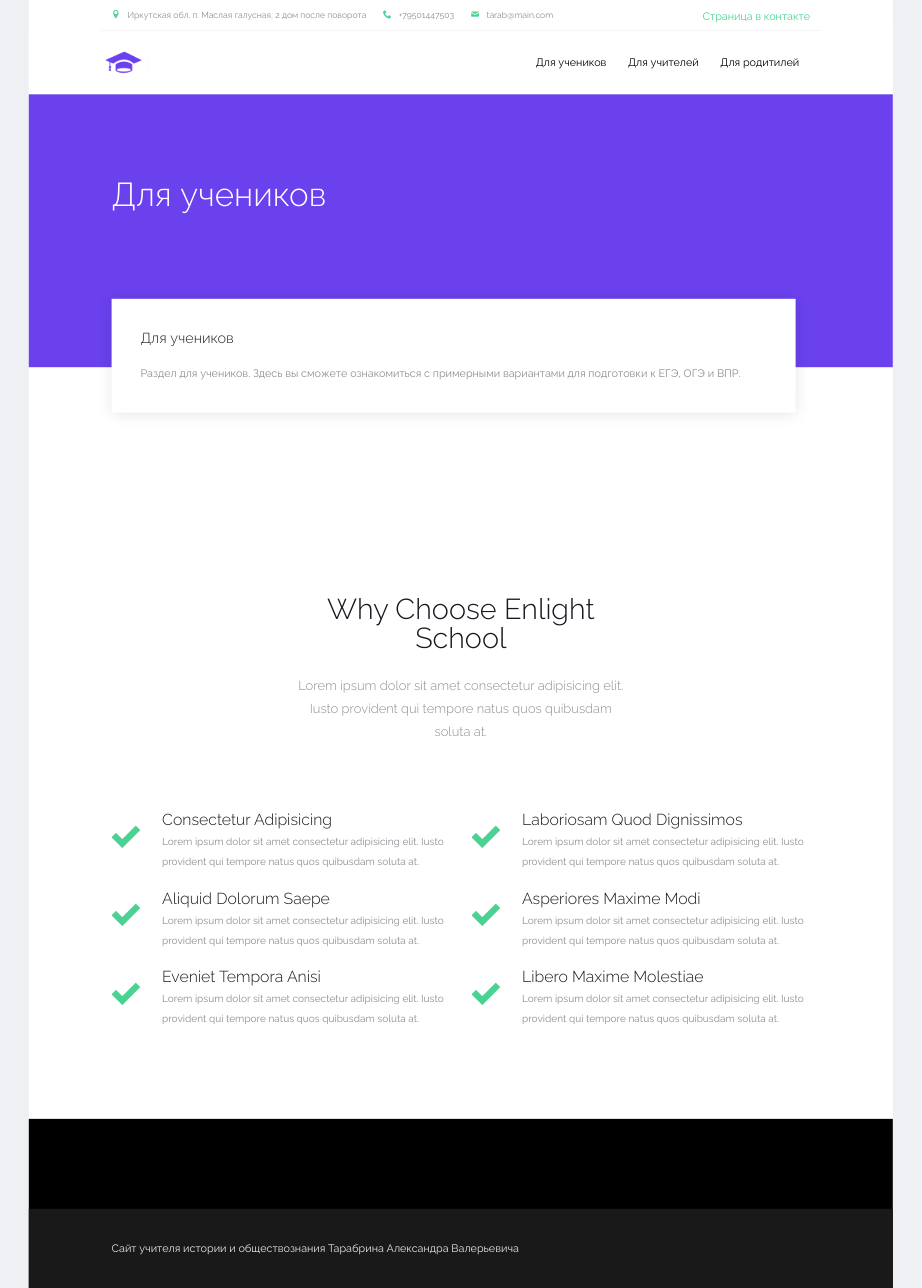
Repository: tarabrin-aleksander/tarabrin-aleksander
Page: pupil.html
An editor plug-in stored every save of this project. The page is shown before and after the next save, followed by the edit.
The browser window is 1280 px wide. The pictures show the whole page, at 72% of full size.

Above is the page before, as saved 2020-01-24 14:50:17.

After the next save:
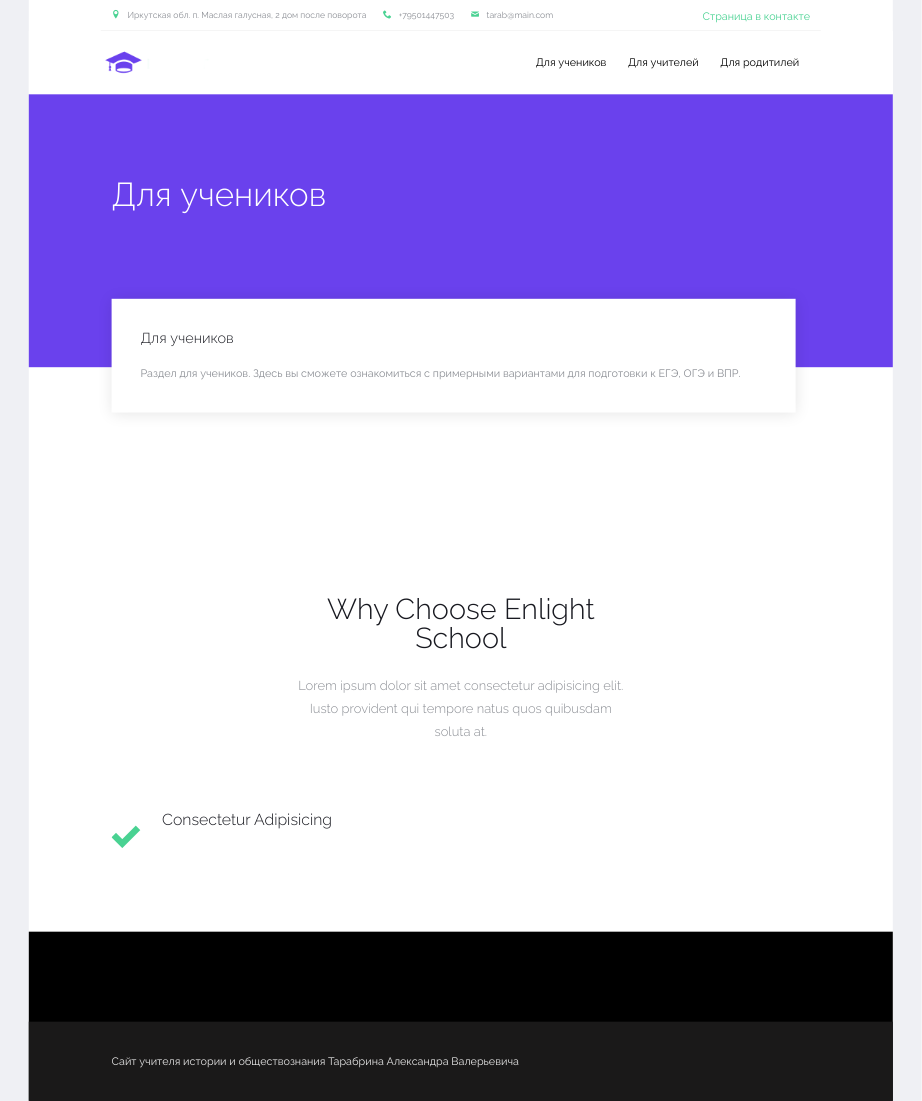
Saved 83 s later.
--- a/pupil.html
+++ b/pupil.html
@@ -98,52 +98,15 @@
           </div>
           <div class="row">
             <div class="col-md-6">
-              <div class="service left-icon probootstrap-animate">
+              <a class="service left-icon probootstrap-animate">
                 <div class="icon"><i class="icon-checkmark"></i></div>
                 <div class="text">
                   <h3>Consectetur Adipisicing</h3>
-                  <p>Lorem ipsum dolor sit amet consectetur adipisicing elit. Iusto provident qui tempore natus quos quibusdam soluta at.</p>
                 </div>
-              </div>
-              <div class="service left-icon probootstrap-animate">
-                <div class="icon"><i class="icon-checkmark"></i></div>
-                <div class="text">
-                  <h3>Aliquid Dolorum Saepe</h3>
-                  <p>Lorem ipsum dolor sit amet consectetur adipisicing elit. Iusto provident qui tempore natus quos quibusdam soluta at.</p>
-                </div>
-              </div>
-              <div class="service left-icon probootstrap-animate">
-                <div class="icon"><i class="icon-checkmark"></i></div>
-                <div class="text">
-                  <h3>Eveniet Tempora Anisi</h3>
-                  <p>Lorem ipsum dolor sit amet consectetur adipisicing elit. Iusto provident qui tempore natus quos quibusdam soluta at.</p>
-                </div>
-              </div>
-            </div>
+              </a>
+
             <div class="col-md-6">
-              <div class="service left-icon probootstrap-animate">
-                <div class="icon"><i class="icon-checkmark"></i></div>
-                <div class="text">
-                  <h3>Laboriosam Quod Dignissimos</h3>
-                  <p>Lorem ipsum dolor sit amet consectetur adipisicing elit. Iusto provident qui tempore natus quos quibusdam soluta at.</p>
-                </div>
-              </div>
 
-              <div class="service left-icon probootstrap-animate">
-                <div class="icon"><i class="icon-checkmark"></i></div>
-                <div class="text">
-                  <h3>Asperiores Maxime Modi</h3>
-                  <p>Lorem ipsum dolor sit amet consectetur adipisicing elit. Iusto provident qui tempore natus quos quibusdam soluta at.</p>
-                </div>
-              </div>
-
-              <div class="service left-icon probootstrap-animate">
-                <div class="icon"><i class="icon-checkmark"></i></div>
-                <div class="text">
-                  <h3>Libero Maxime Molestiae</h3>
-                  <p>Lorem ipsum dolor sit amet consectetur adipisicing elit. Iusto provident qui tempore natus quos quibusdam soluta at.</p>
-                </div>
-              </div>
 
             </div>
           </div>
